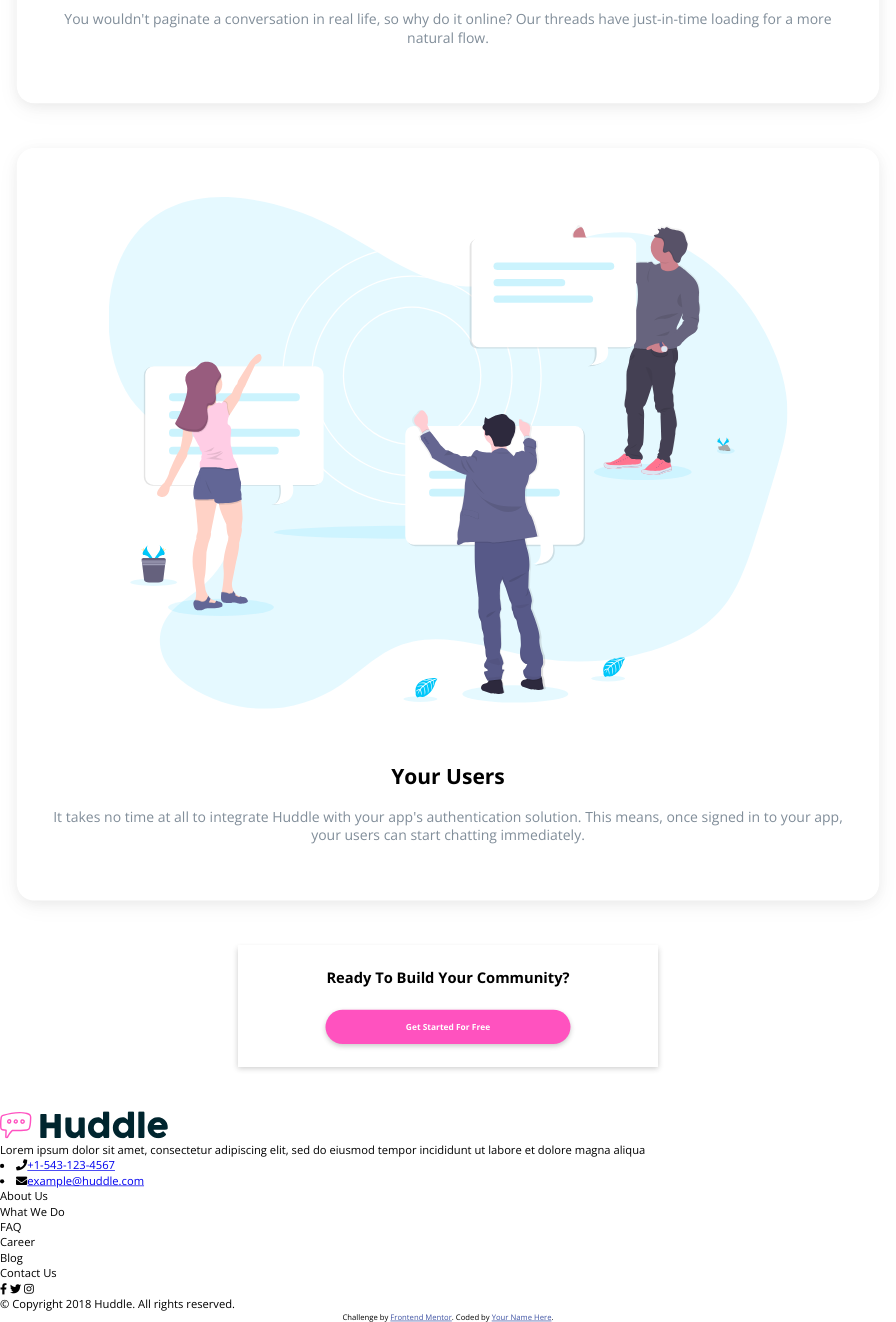
Repository: DejV44/Huddle-landing-page
Page: index.html
An editor plug-in stored every save of this project. The page is shown before and after the next save, followed by the edit.
The browser window is 1280 px wide. The pictures show the part of the page from y = 3642 to 5562 px (the page is 5530 px tall before and 5562 px after), at 70% of full size.
The style sheet was rebuilt from its Sass, Less or Tailwind sources for each picture, by a compiler version that may differ from the author's.

Above is the page before, as saved 2021-08-20 08:21:19.

After the next save:
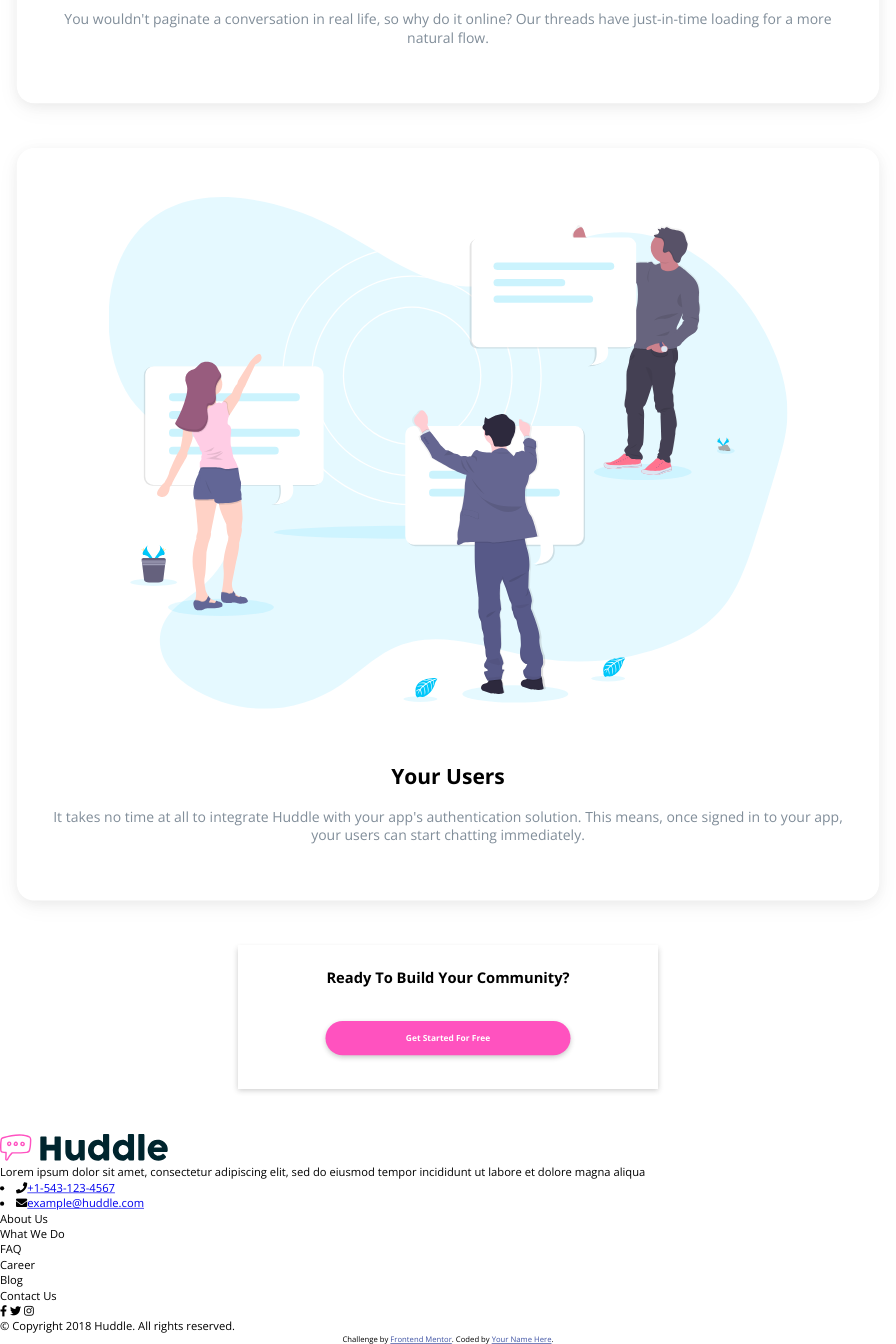
Saved 5 s later.
--- a/css/_cards.scss
+++ b/css/_cards.scss
@@ -29,7 +29,7 @@
             text-decoration: none;
             font-weight: 600;
             font-size: 12px;
-            margin: 1rem auto;
+            margin: 2rem auto;
             padding: 1rem 0;
             max-width: 350px;
             border-radius: 30px;
